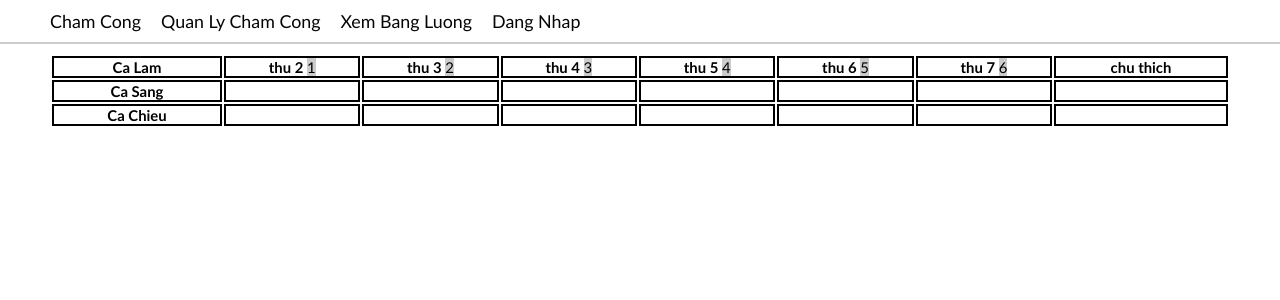
Repository: LDDUNG2003/a
Page: index.html
The author's editor kept a copy of each file at every save. The page is drawn from the files as they stood at one save, then again after the next save.
The browser window is 1280 px wide. The pictures show the whole page.

Above is the page before, as saved 2023-10-14 20:07:05.

After the next save:
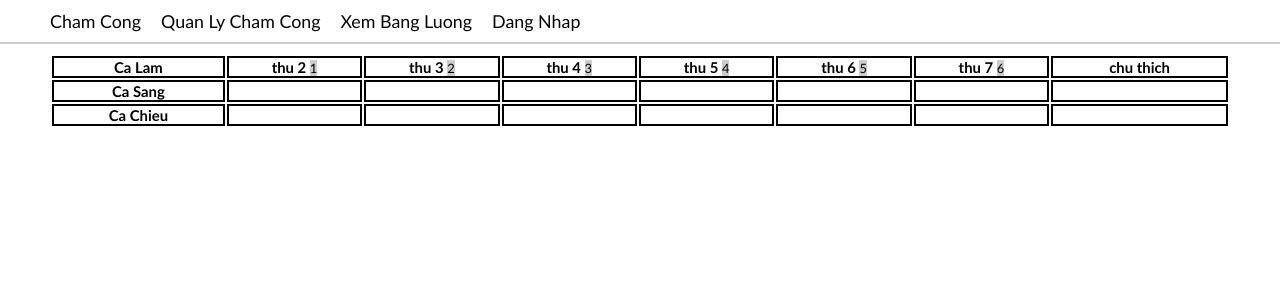
Saved 24 s later.
--- a/controlView/css/index.css
+++ b/controlView/css/index.css
@@ -24,4 +24,5 @@
 .table-date--item {
     font-weight: 300;
     background-color: #ccc;
+    font-size: 1.3rem;
 }
